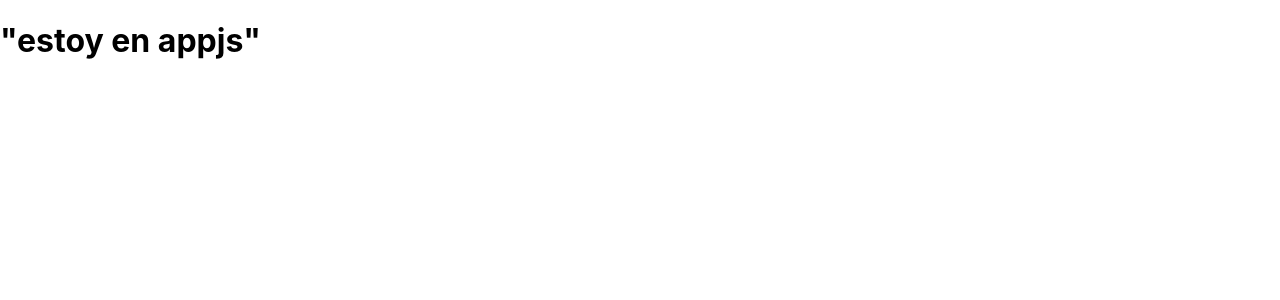
Repository: geraldine-ventura/Jsx-practica-terminada
Page: /
The author's editor kept a copy of each file at every save. The page is drawn from the files as they stood at one save, then again after a run of saves.
The browser window is 1280 px wide. The pictures show the whole page.
The project was rebuilt for these pictures with package versions that can differ from the ones it lists, and the page was loaded fresh each time. Also part of the build but not shown: src/App.css.

Above is the page before, as saved 2022-12-28 18:23:54.

### src/App.js
import React from 'react'
import './App.css';

function App() {
  return (
    <div >
    <h1>"estoy en appjs"</h1>

    </div>
  );
}

export default App;

### src/componetes/jsx.js
import React from 'react'

const  Jsx= () => {
    return (
        <h2>"este es un componente  de jsxjs"</h2>
    );
}

export default ;

Loaded but not shown: public/index.html (common file); src/index.js (common file); src/index.css (common file); src/reportWebVitals.js (common file)

After the next 3 saves:
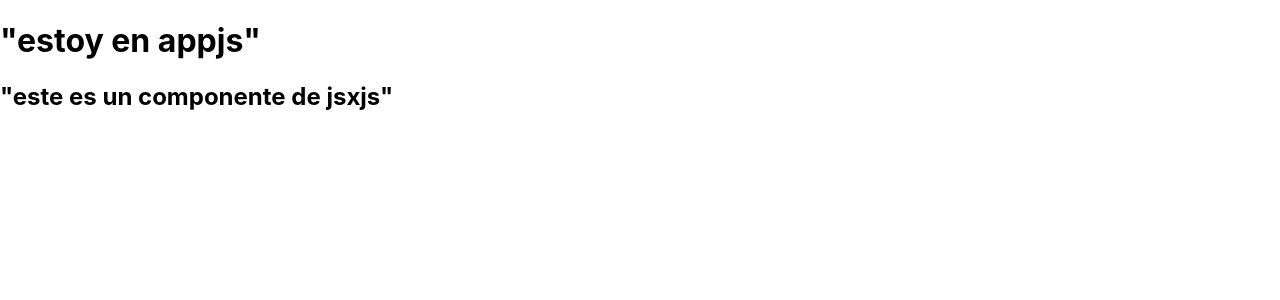
The 3 saves are shown as one change because 2 did not build or start.
The last was saved 2 min 37 s later.
--- a/src/App.js
+++ b/src/App.js
@@ -1,11 +1,13 @@
 import React from 'react'
 import './App.css';
+import Jsx from './componetes/jsx';
+import jsx from './componetes/jsx';
 
 function App() {
   return (
     <div >
     <h1>"estoy en appjs"</h1>
-
+    <Jsx/>
     </div>
   );
 }
--- a/src/componetes/jsx.js
+++ b/src/componetes/jsx.js
@@ -6,4 +6,4 @@ const  Jsx= () => {
     );
 }
 
-export default ;
+export default Jsx;
